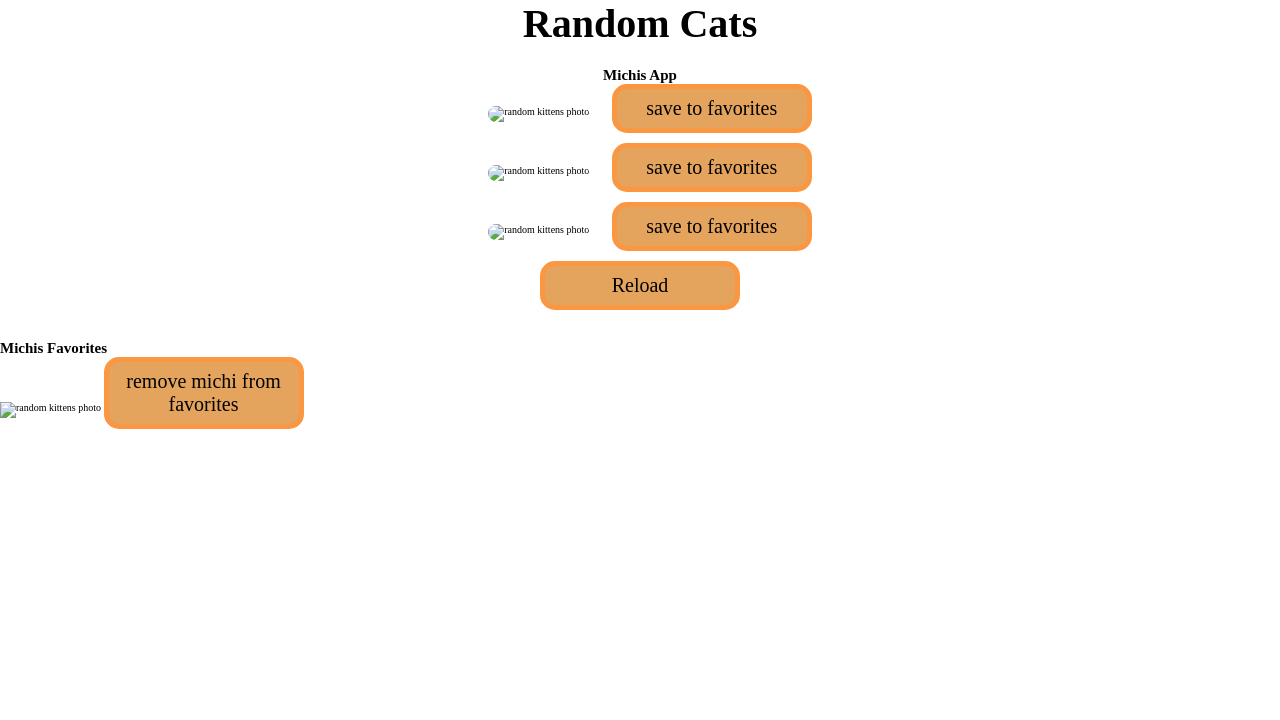
Repository: elto82/ConsumoAPIRESTjs
Page: index.html
An editor plug-in stored every save of this project. The page is shown before and after the next save, followed by the edit.
The browser window is 1280 px wide. The pictures show the whole page.
The page's requests for data from a server got no answer.

Above is the page before, as saved 2022-07-02 20:44:37.

After the next save:
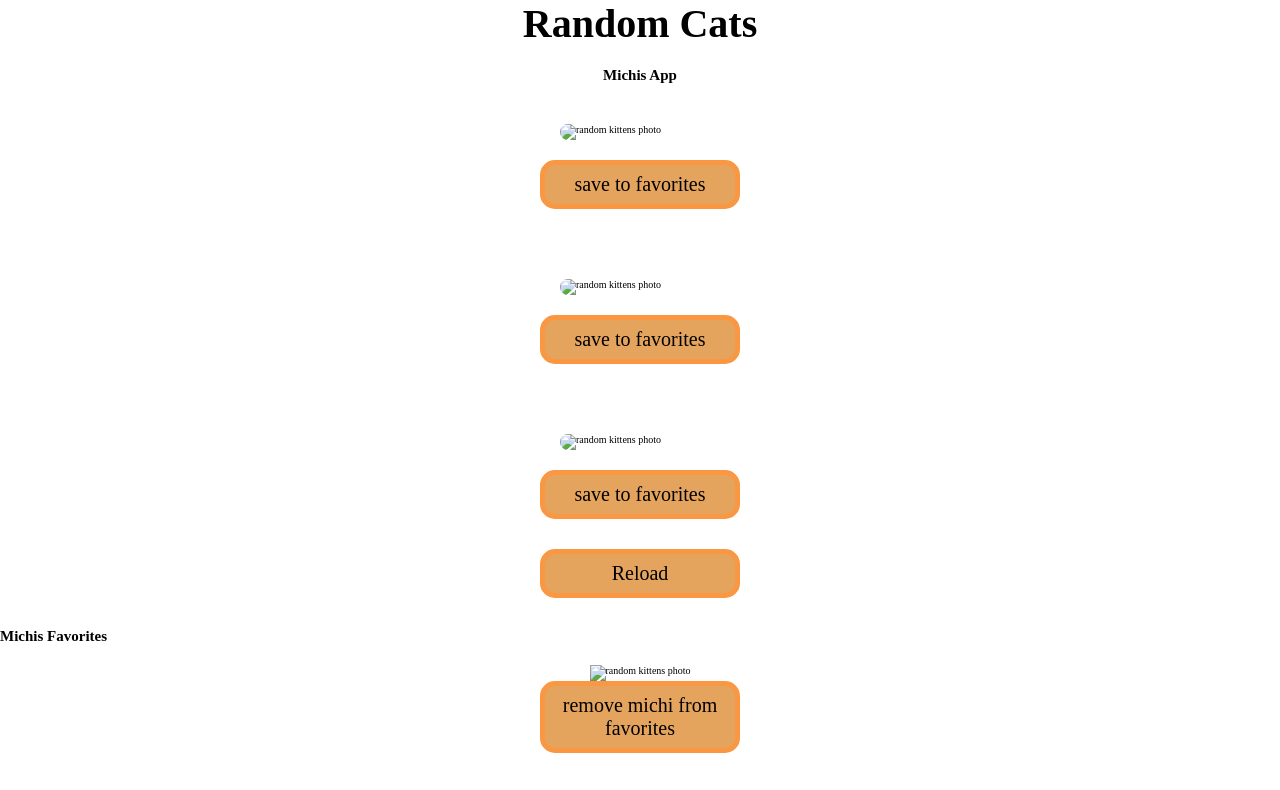
Saved 17 s later.
--- a/style.css
+++ b/style.css
@@ -17,7 +17,11 @@ h1 {
   font-size: 4rem;
 }
 article{
+  display: flex;
+  flex-direction: column;
   justify-content: center;
+  place-items: center;
+  padding: 20px;
 }
 .container {
   display: flex;
